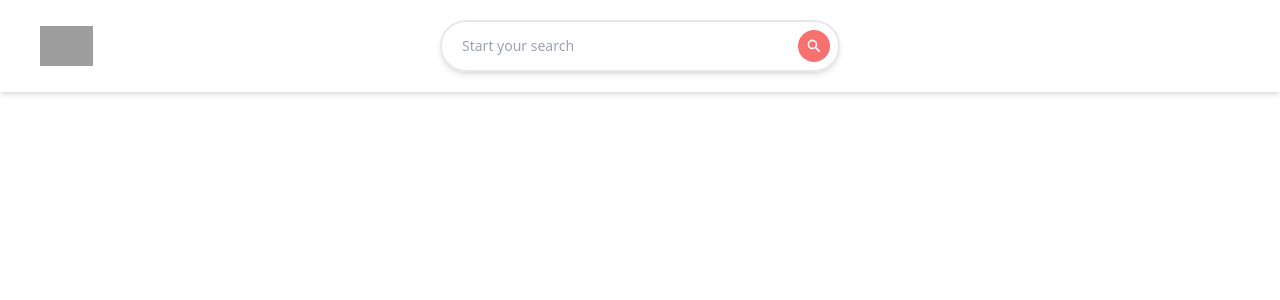
Repository: lakshithapramodya/airbnb
Page: /
The author's editor kept a copy of each file at every save. The page is drawn from the files as they stood at one save, then again after the next save.
The browser window is 1280 px wide. The pictures show the whole page.
Pictures or frames that could not be fetched are drawn as grey boxes. The project was rebuilt for these pictures with package versions that can differ from the ones it lists, and the page was loaded fresh each time. The framework's server and built-in components were replaced by stand-ins that run in the browser. Also part of the build but not shown: next.config.js.

Above is the page before, as saved 2022-10-14 15:29:29.

After the next save:
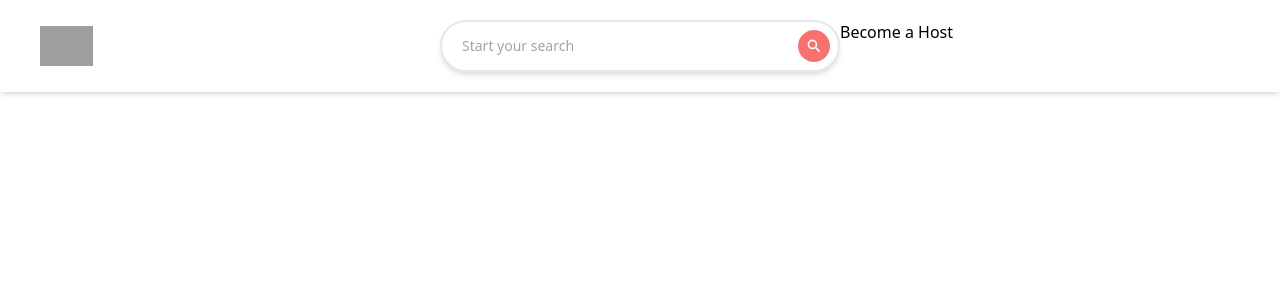
Saved 51 s later.
--- a/components/Header.js
+++ b/components/Header.js
@@ -33,7 +33,9 @@ function Header() {
       </div>
 
       {/* Right */}
-      <div></div>
+      <div>
+        <p>Become a Host</p>
+      </div>
     </div>
   );
 }
